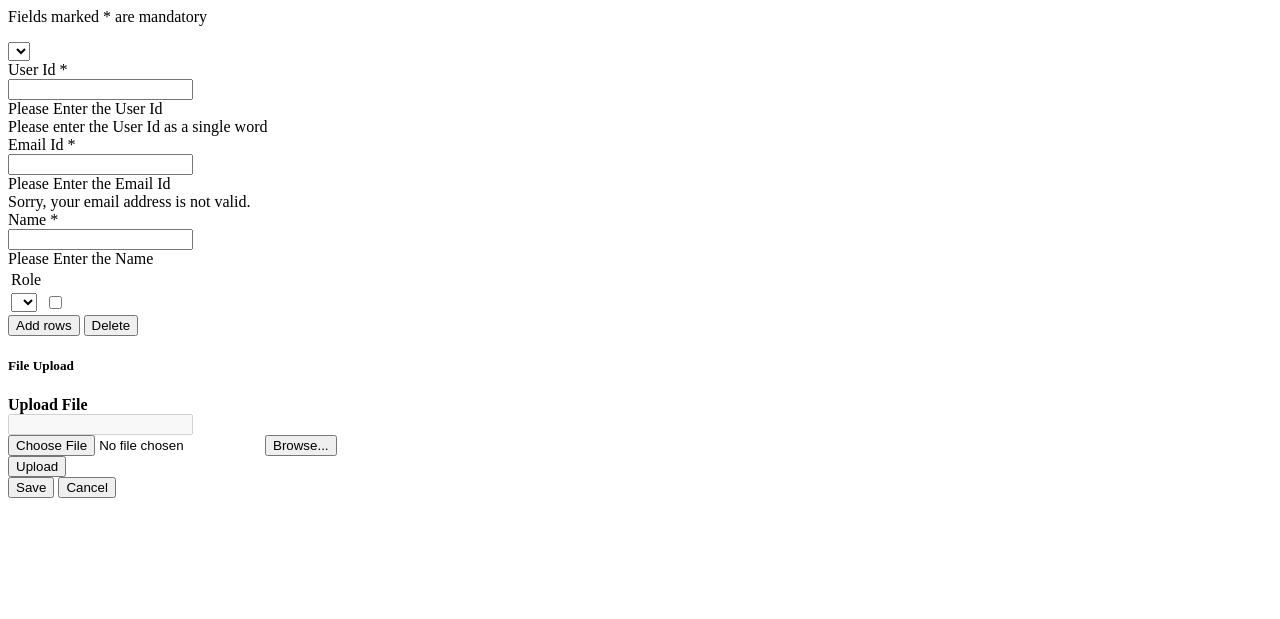
Repository: yangmiemie2017/local.backup
Page: Starter/NewApplication/src/main/resources/static/Scripts/spa/administration/manage-users-details.html
The author's editor kept a copy of each file at every save. The page is drawn from the files as they stood at one save, then again after the next save.
The browser window is 1280 px wide. The pictures show the whole page.

Above is the page before, as saved 2018-06-29 07:59:50.

After the next save:
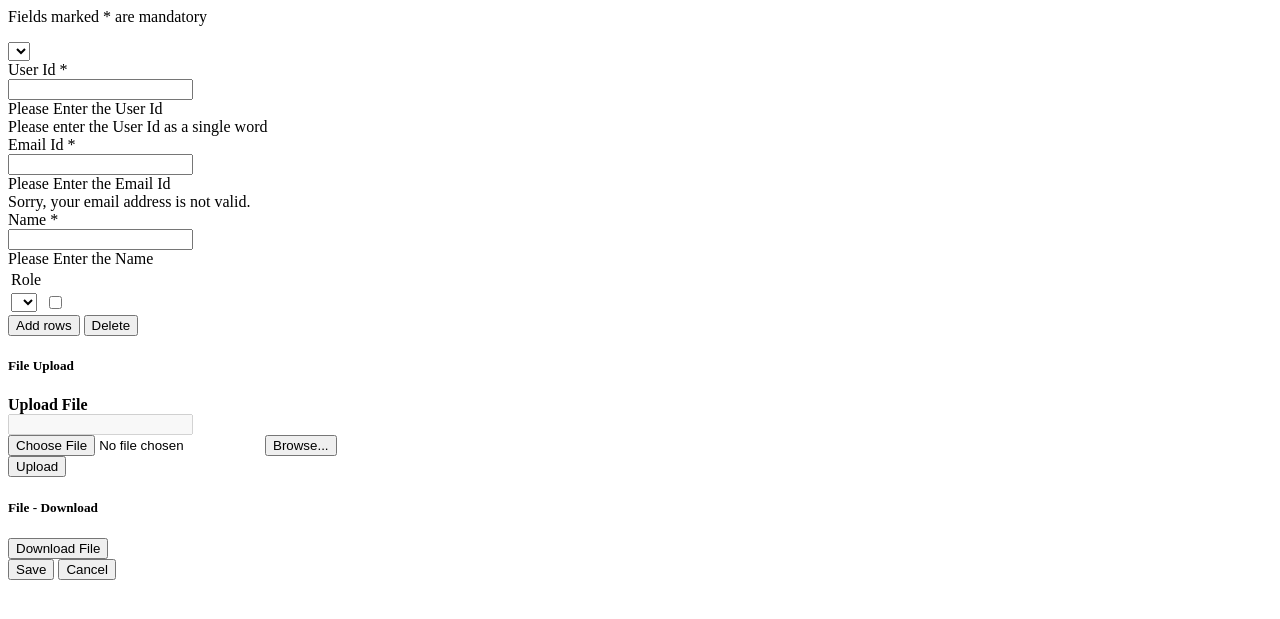
Saved 2 min 43 s later.
--- a/Starter/NewApplication/src/main/resources/static/Scripts/spa/administration/manage-users-details.html
+++ b/Starter/NewApplication/src/main/resources/static/Scripts/spa/administration/manage-users-details.html
@@ -142,6 +142,28 @@
 						</div>
 <!-- 					</form> -->
 				</div>
+
+				<div>
+				<!--     <form name="pDownloadForm" class="form-horizontal" novalidate> -->
+				        <div ng-show="manageUsers.loadCompleted == true">
+				            <div class="row">
+				                <div class="col-lg-4 col-md-4 col-sm-4 col-xs-11">
+				                    <div class="add-margin">
+				                        <h5 class="formTitle"><b>File - Download</b></h5>
+				                    </div>
+				                </div>
+				                <div class="col-md-push-4 col-sm-push-4 col-lg-2 col-md-2 col-sm-3 col-xs-4 data-select">
+
+				                </div>
+				            </div>
+
+				            <div class="btnGroup">
+				                <input type="button" value="Download File" ng-click="manageUsers.download()" ng-disabled="manageUsers.isDownloading" class="btn btn-info" />
+				            </div>
+				        </div>
+				<!--     </form> -->
+				</div>
+
 			</div>
 		</div>
 		<div class="row" ng-show="manageUsers.user.action != 'Delete'">
